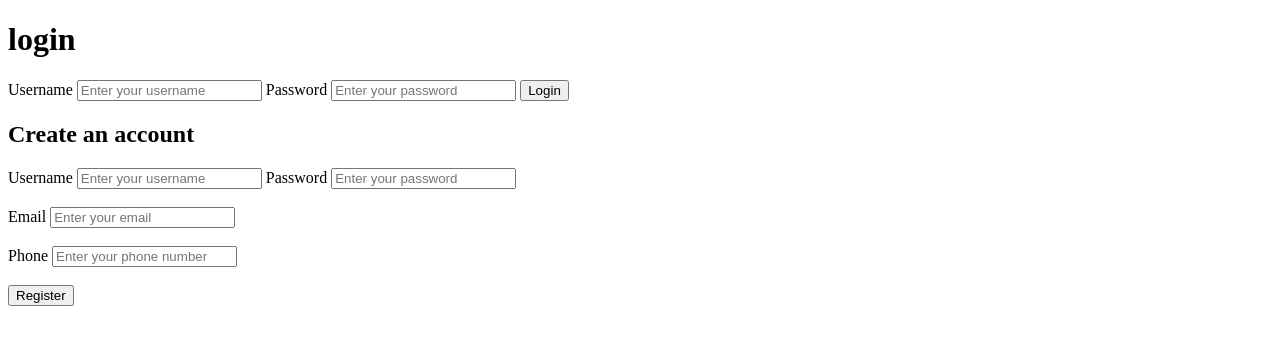
Repository: bao2222/hoc-lam-web
Page: welcome.html
These files come from the project's save history. The page is drawn as it stood at one moment and after the next save; the edit follows.
The browser window is 1280 px wide. The pictures show the whole page.

Above is the page before, as saved 2024-12-30 08:52:59.

### welcome.html
<!DOCTYPE html>
<html lang="en">

    <head>
        <meta charset="UTF-8">
        <title>Welcome</title>
        <meta content = "this is my website" name = "description">
        <meta author = "me">




    </head>

    <body>
        <h1>login</h1>
        <div>
            <div class="login">
                <form action="project.js" method="POST" >

                    <label for="username">Username</label>
                    <input type="text" id="username" placeholder="Enter your username" name="username" required>

                    <label for="password">Password</label>
                    <input type="password" id="password" placeholder="Enter your password" name="password" required>

                    <button type="submit">Login</button>

                </form>
            </div>

            <h2>Create an account</h2>
            <div>
                <div class="register">
                    <form action="project.js" method="POST" >

                        <label for="register_username">Username</label>
                        <input type="text" id="register_username" placeholder="Enter your username" name="register_username" required>

                        <label for="register_password">Password</label>
                        <input type="password" id="register_password" placeholder="Enter your password" name="password" required><br><br>

                        <label for="register_email">Email</label>
                        <input type="email" id="register_email" placeholder="Enter your email" name="email" required><br><br>

                        <label for="register_phone">Phone</label>
                        <input type="tel" id="register_phone" placeholder="Enter your phone number" name="phone" required><br><br>

                        <button type="submit">Register</button>

                    </form>



                </div>


            </div>



        </div>





    </body>





</html>

After the next save:
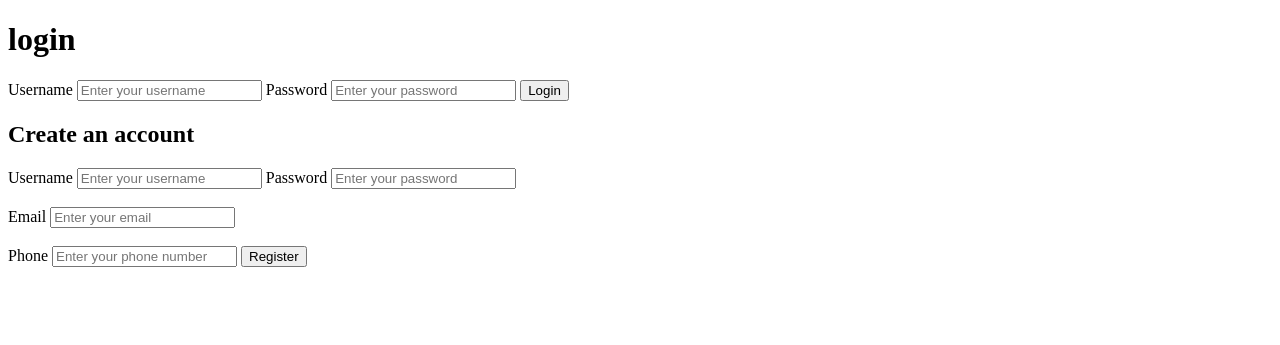
Saved 28 s later.
--- a/welcome.html
+++ b/welcome.html
@@ -44,7 +44,7 @@
                         <input type="email" id="register_email" placeholder="Enter your email" name="email" required><br><br>
 
                         <label for="register_phone">Phone</label>
-                        <input type="tel" id="register_phone" placeholder="Enter your phone number" name="phone" required><br><br>
+                        <input type="tel" id="register_phone" placeholder="Enter your phone number" name="phone" required>
 
                         <button type="submit">Register</button>
 

After the save that followed:
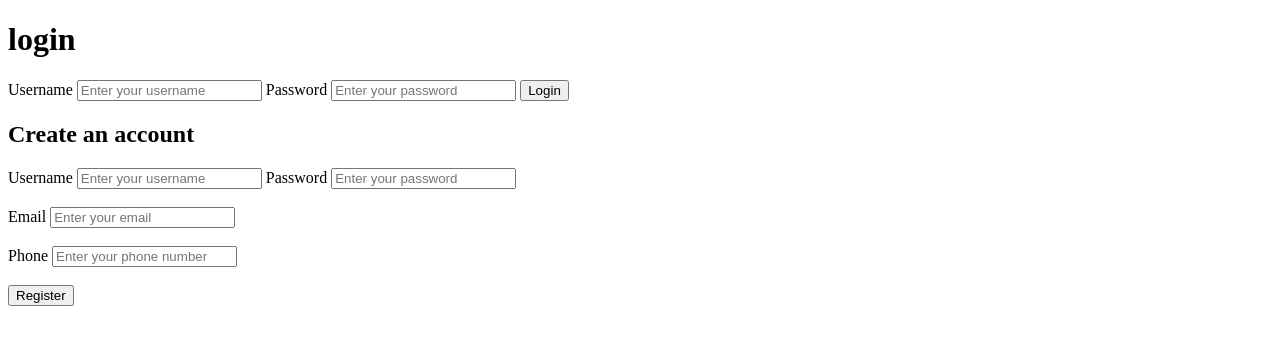
Saved 15 s later.
--- a/welcome.html
+++ b/welcome.html
@@ -44,7 +44,7 @@
                         <input type="email" id="register_email" placeholder="Enter your email" name="email" required><br><br>
 
                         <label for="register_phone">Phone</label>
-                        <input type="tel" id="register_phone" placeholder="Enter your phone number" name="phone" required>
+                        <input type="tel" id="register_phone" placeholder="Enter your phone number" name="phone" required><br><br>
 
                         <button type="submit">Register</button>
 
